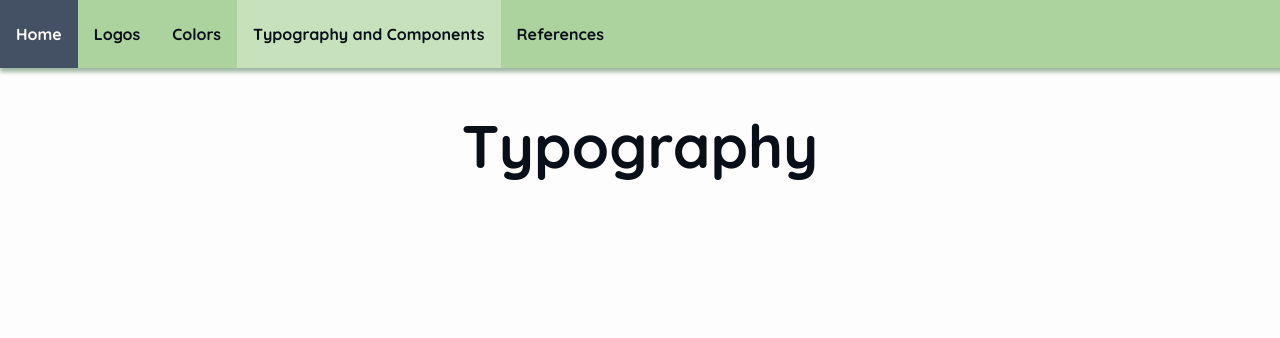
Repository: AlyssaHug/MoolahMate-A5Styleguide
Page: typography.html
An editor plug-in stored every save of this project. The page is shown before and after the next save, followed by the edit.
The browser window is 1280 px wide. The pictures show the whole page.

Above is the page before, as saved 2025-03-31 09:47:05.

After the next save:
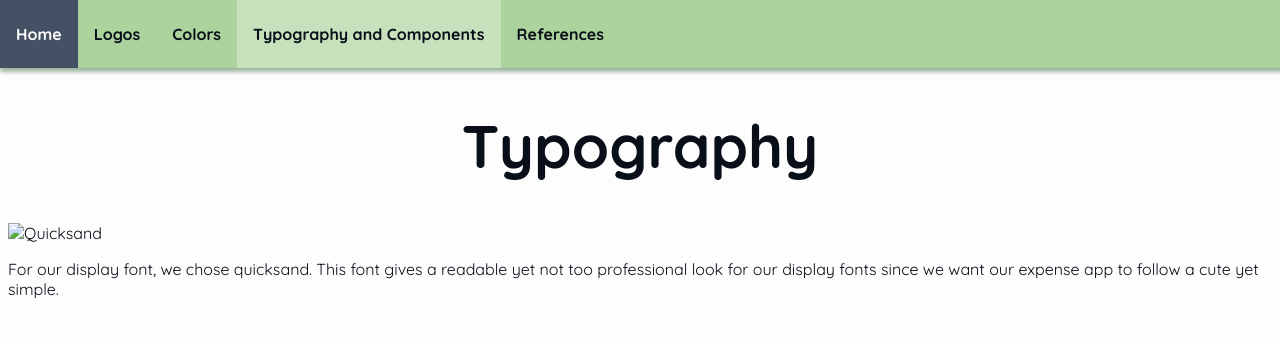
Saved 7 s later.
--- a/typography.html
+++ b/typography.html
@@ -21,6 +21,9 @@
 </header>
 <body class="page-content">
     <h1 class="page-title">Typography</h1>
-
+<div class=" typography_introduction">
+    <img src="#" alt="Quicksand">
+    <p>For our display font, we chose quicksand. This font gives a readable yet not too professional look for our display fonts since we want our expense app to follow a cute yet simple.</p>
+</div>
 </body>
 </html>
